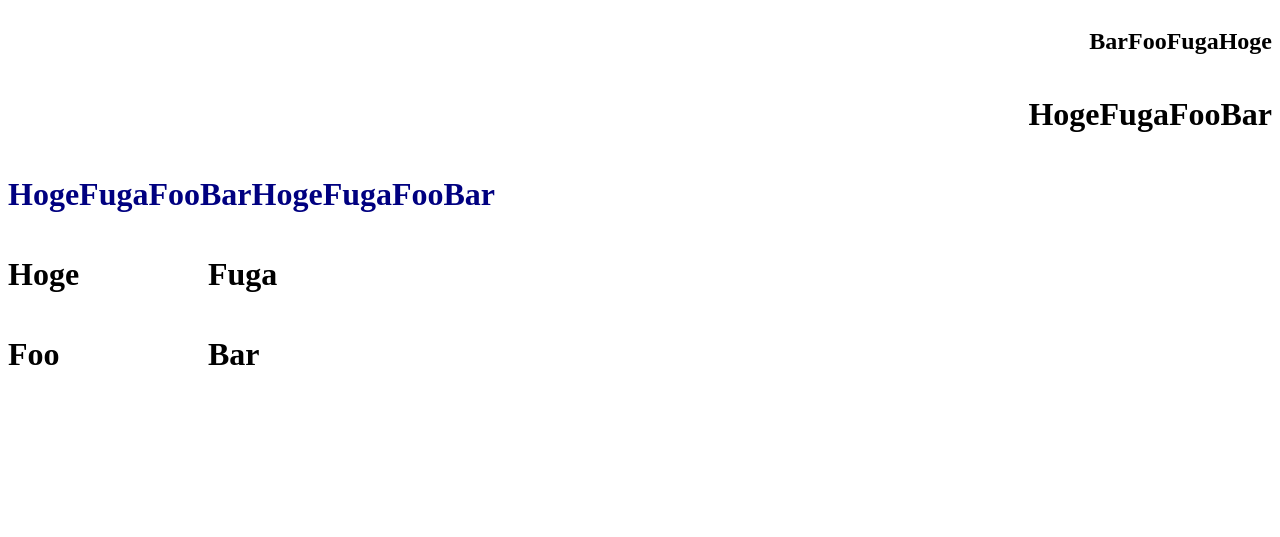
Repository: oubuzenmei/samurai_HTML-CSS
Page: index/images/hoge.html
The author's editor kept a record of every edit. The page is drawn from the files as they stood at one moment, then again after the next edit.
The browser window is 1280 px wide. The pictures show the whole page.

Above is the page before.

After the next edit:
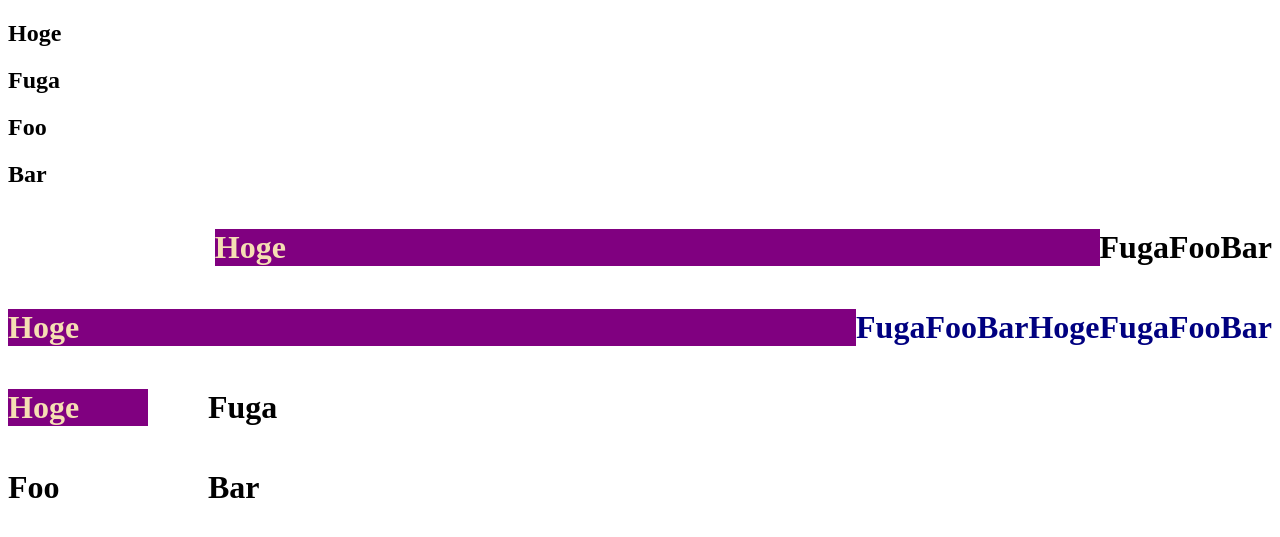
The edit:
--- a/index/images/hoge.html
+++ b/index/images/hoge.html
@@ -2,13 +2,6 @@
 <html lang="ja">
     <head>
         <style>
-        /*    a:link {
-                color: black;
-            }
-
-            a:visited {
-                color: red;
-            }
             h1:first-of-type {
                 background-color: purple;
                 color: wheat;
